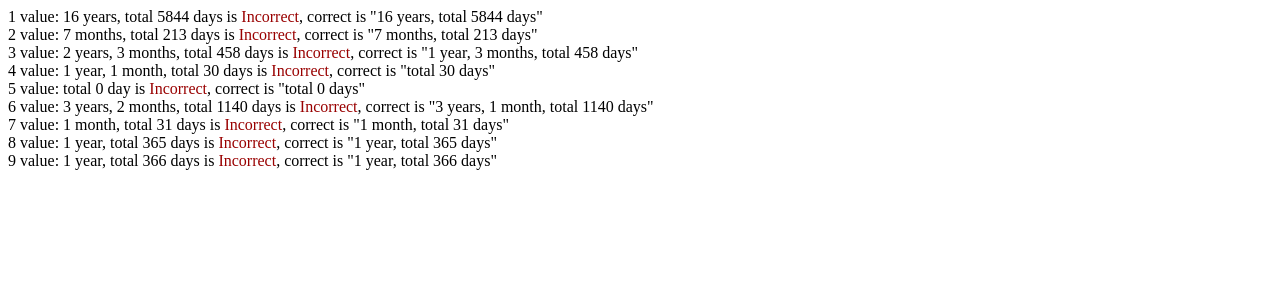
Repository: jamieking1996/tech-assessment-int
Page: index.html
These files come from the project's save history. The page is drawn as it stood at one moment and after the next save; the edit follows.
The browser window is 1280 px wide. The pictures show the whole page.

Above is the page before, as saved 2021-08-10 16:46:04.

After the next save:
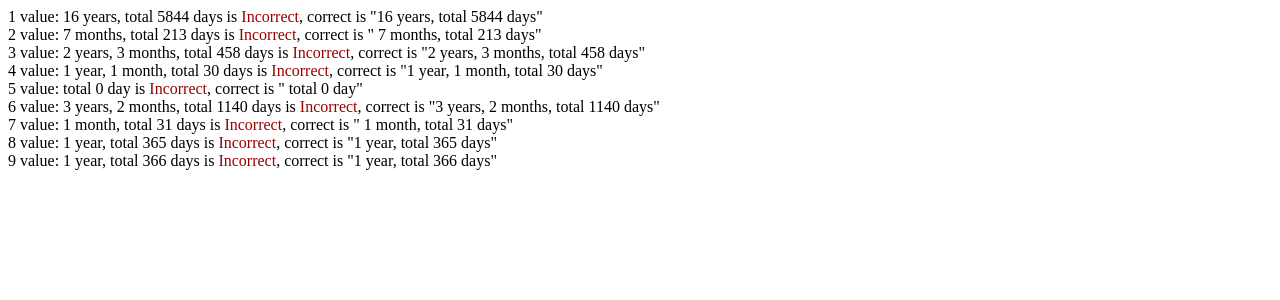
Saved 34 s later.
--- a/output.js
+++ b/output.js
@@ -18,7 +18,7 @@
     console.log('value', value);
     console.log('correctAnswer', correctAnswers[oneDate]);
 
-    const answer = (value === correctAnswers[oneDate] ? '<span style="color: #090">Correct</span>' : `<span style="color: #900">Incorrect</span>, correct is "${correctAnswers[oneDate]}"`);
+    const answer = (value === correctAnswers[oneDate] ? '<span style="color: #090">Correct</span>' : `<span style="color: #900">Incorrect</span>, correct is "${value}"`);
 
     results += `${num} value: ${value} is ${answer}<br>`;
 }

After the save that followed:
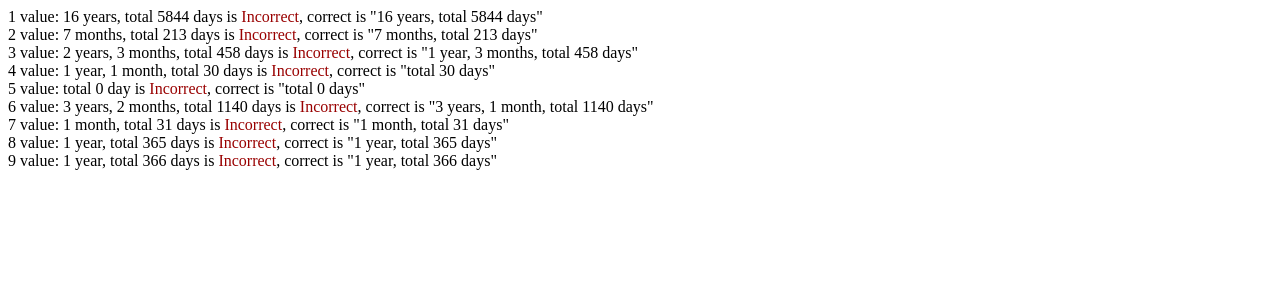
Saved 20 s later.
--- a/output.js
+++ b/output.js
@@ -18,7 +18,7 @@
     console.log('value', value);
     console.log('correctAnswer', correctAnswers[oneDate]);
 
-    const answer = (value === correctAnswers[oneDate] ? '<span style="color: #090">Correct</span>' : `<span style="color: #900">Incorrect</span>, correct is "${value}"`);
+    const answer = (value === correctAnswers[oneDate] ? '<span style="color: #090">Correct</span>' : `<span style="color: #900">Incorrect</span>, correct is "${correctAnswers[oneDate]}"`);
 
     results += `${num} value: ${value} is ${answer}<br>`;
 }
